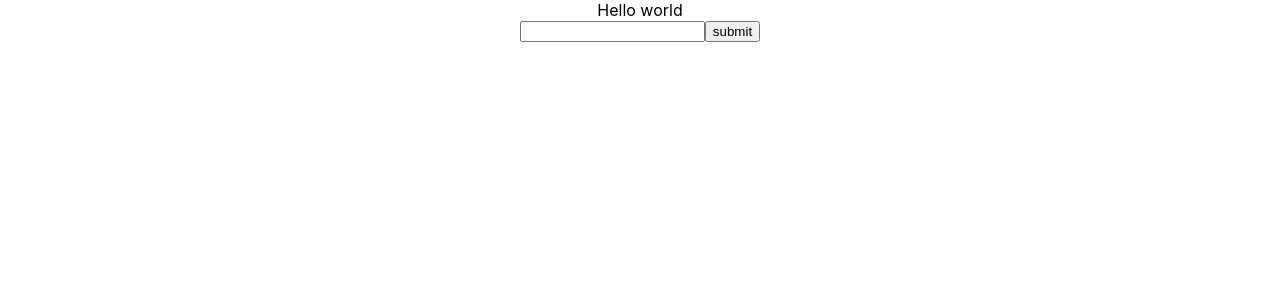
Repository: phunobi1807/phucocktail
Page: /
These files come from the project's save history. The page is drawn as it stood at one moment and after the next save; the edit follows.
The browser window is 1280 px wide. The pictures show the whole page.
The page's requests for data from a server got no answer. The project was rebuilt for these pictures with package versions that can differ from the ones it lists, and the page was loaded fresh each time. No one was signed in, and anything a server would have sent is missing.

Above is the page before, as saved 2021-09-24 19:07:28.

After the next save:
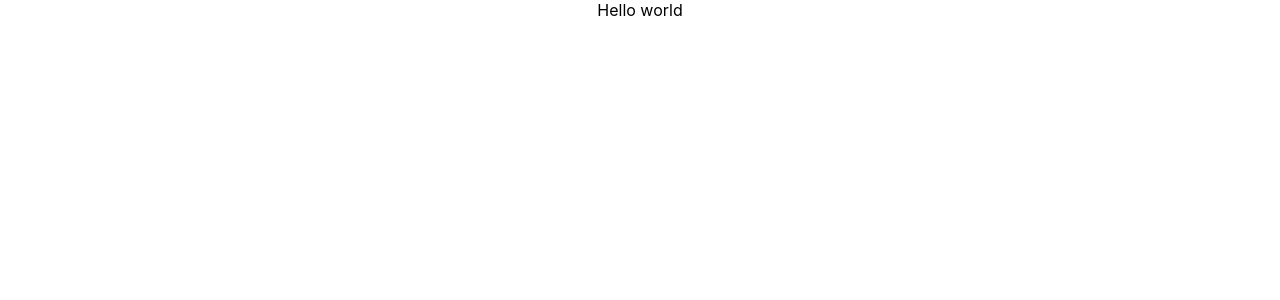
Saved 20 s later.
--- a/src/api/CallCoctail.js
+++ b/src/api/CallCoctail.js
@@ -36,8 +36,8 @@
                     })
 
                 }
-                 <input type="text"  onChange={(e)=>this.handleChange(e)}/>
-                 <input type="button" value="submit" />
+                 {/* <input type="text"  onChange={(e)=>this.handleChange(e)}/>
+                 <input type="button" value="submit" /> */}
             </div>
         )
     }

After the save that followed:
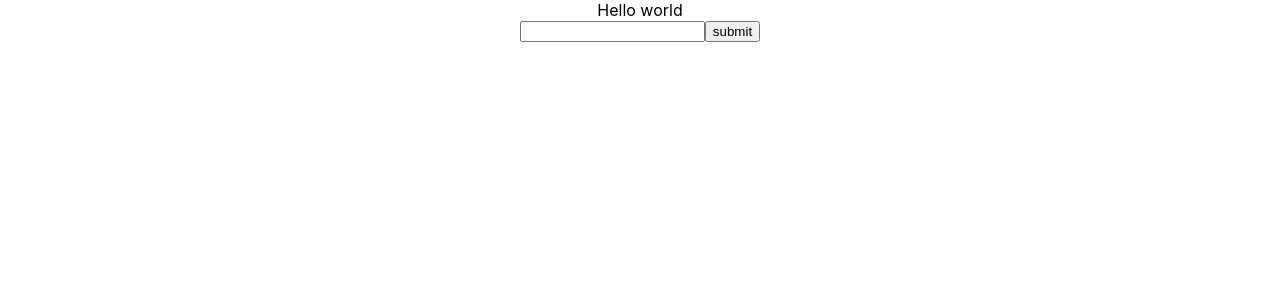
Saved 5 s later.
--- a/src/api/CallCoctail.js
+++ b/src/api/CallCoctail.js
@@ -36,8 +36,8 @@
                     })
 
                 }
-                 {/* <input type="text"  onChange={(e)=>this.handleChange(e)}/>
-                 <input type="button" value="submit" /> */}
+                 <input type="text"  onChange={(e)=>this.handleChange(e)}/>
+                 <input type="button" value="submit" />
             </div>
         )
     }
